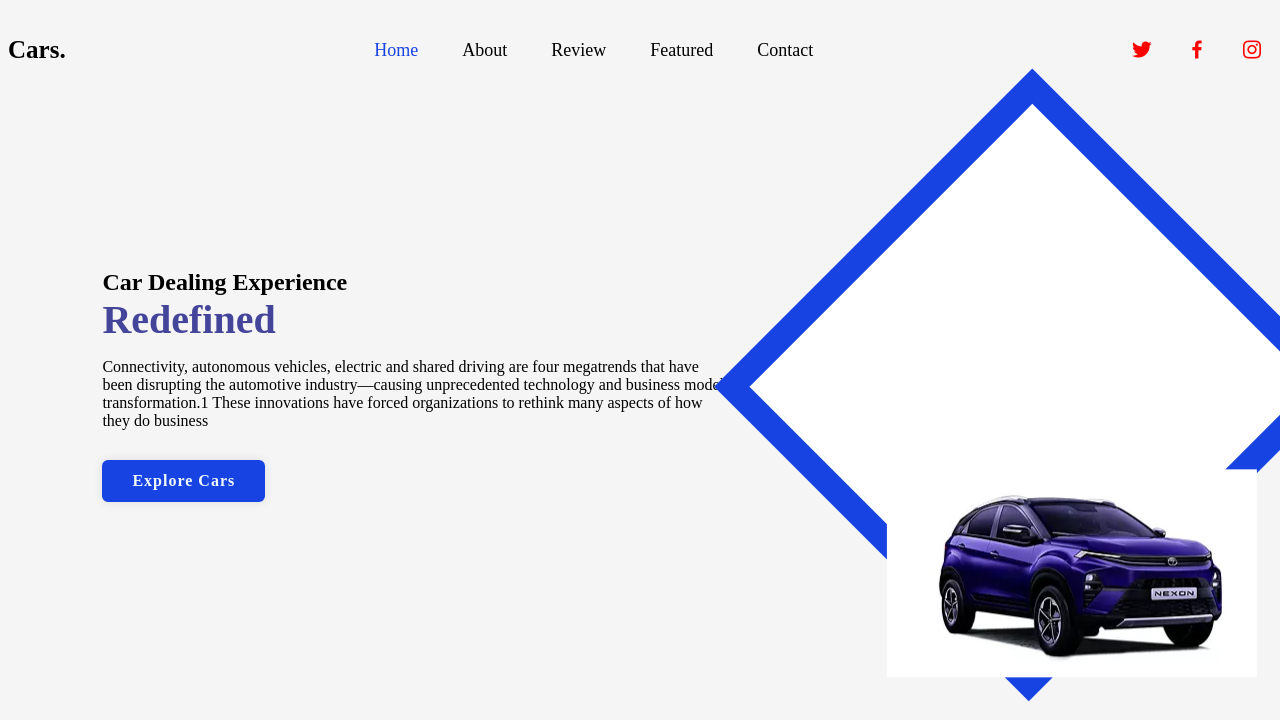
Repository: supriya123yadav/website-project
Page: index.html
These files come from the project's save history. The page is drawn as it stood at one moment and after the next save; the edit follows.
The browser window is 1280 px wide. The pictures show the whole page.

Above is the page before, as saved 2024-07-11 19:25:22.

After the next save:
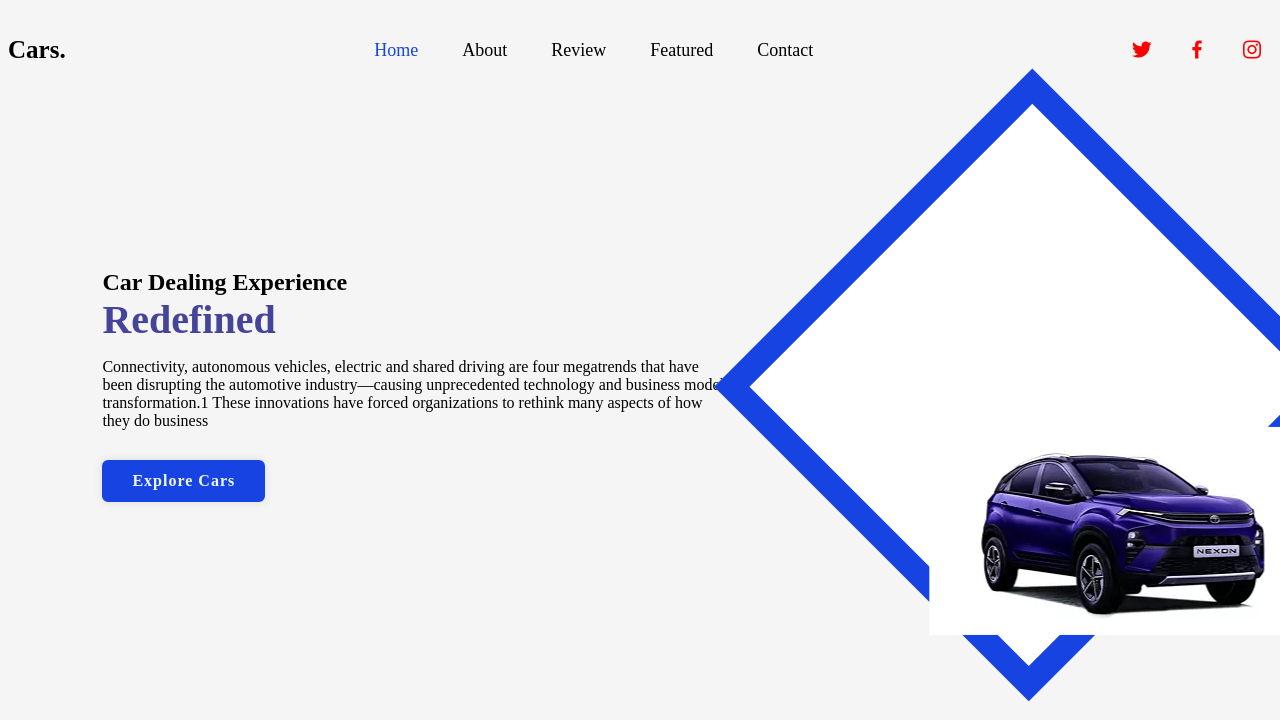
Saved 12 s later.
--- a/style.css
+++ b/style.css
@@ -120,7 +120,7 @@
 
 .home-img .rhombus img {
     position: absolute;
-    top: 200px;
+    top: 140px;
     right: -150px;
     max-width: 600px;
     transform: rotate(-45deg);
